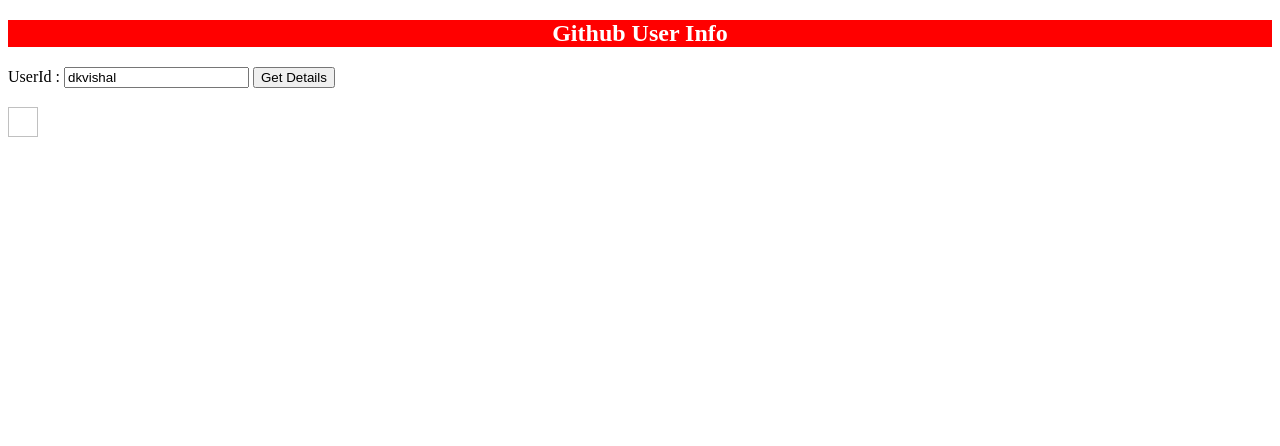
Repository: KrishnaDV/Angular_SPA
Page: Angular/WebContent/GitHubUserInfo.html
The author's editor kept a copy of each file at every save. The page is drawn from the files as they stood at one save, then again after the next save.
The browser window is 1280 px wide. The pictures show the whole page.
Some web libraries are served in a nearby version.

Above is the page before, as saved 2017-05-12 01:36:38.

After the next save:
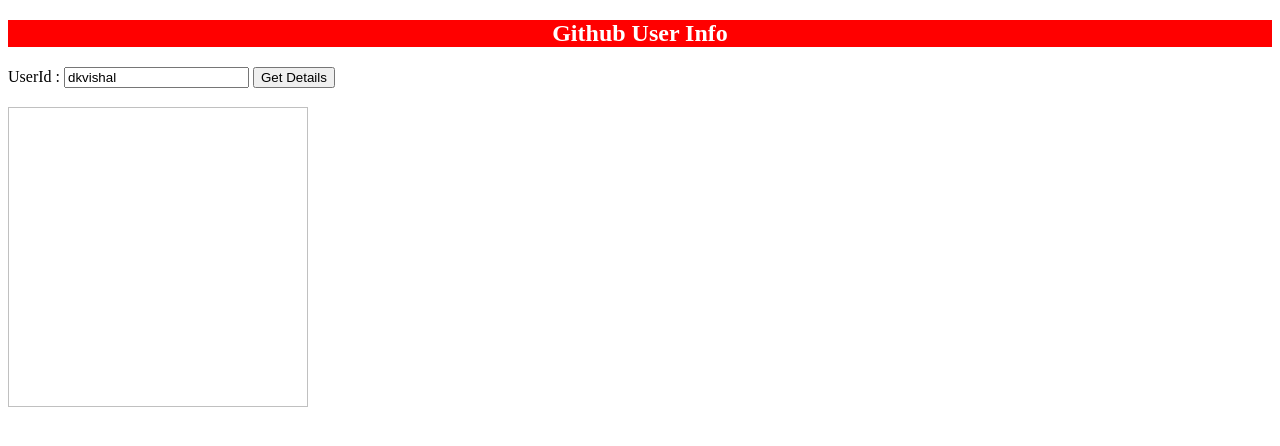
Saved 17 s later.
--- a/Angular/WebContent/GitHubUserInfo.html
+++ b/Angular/WebContent/GitHubUserInfo.html
@@ -14,8 +14,8 @@
 }
 
 .myimage {
-	width: 30px;
-	height: 30px
+	width: 300px;
+	height: 300px
 }
 
 .main {
